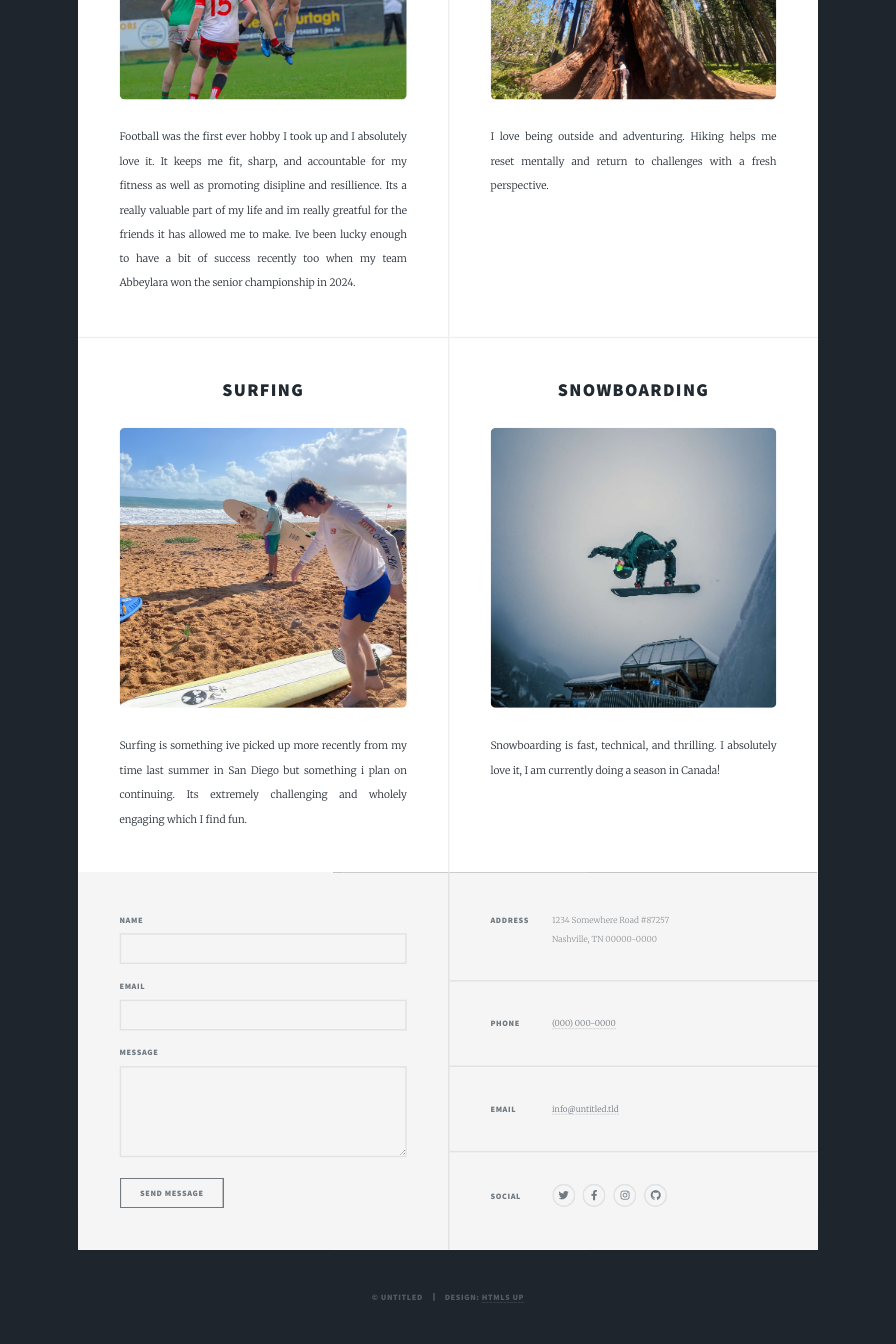
Repository: ciaranscan6/PersonalWebsite
Page: hobbies-and-ach.html
The author's editor kept a copy of each file at every save. The page is drawn from the files as they stood at one save, then again after the next save.
The browser window is 1280 px wide. The pictures show the part of the page from y = 2553 to 4473 px (the page is 4473 px tall), at 70% of full size.

Above is the page before, as saved 2025-11-22 05:28:42.

After the next save:
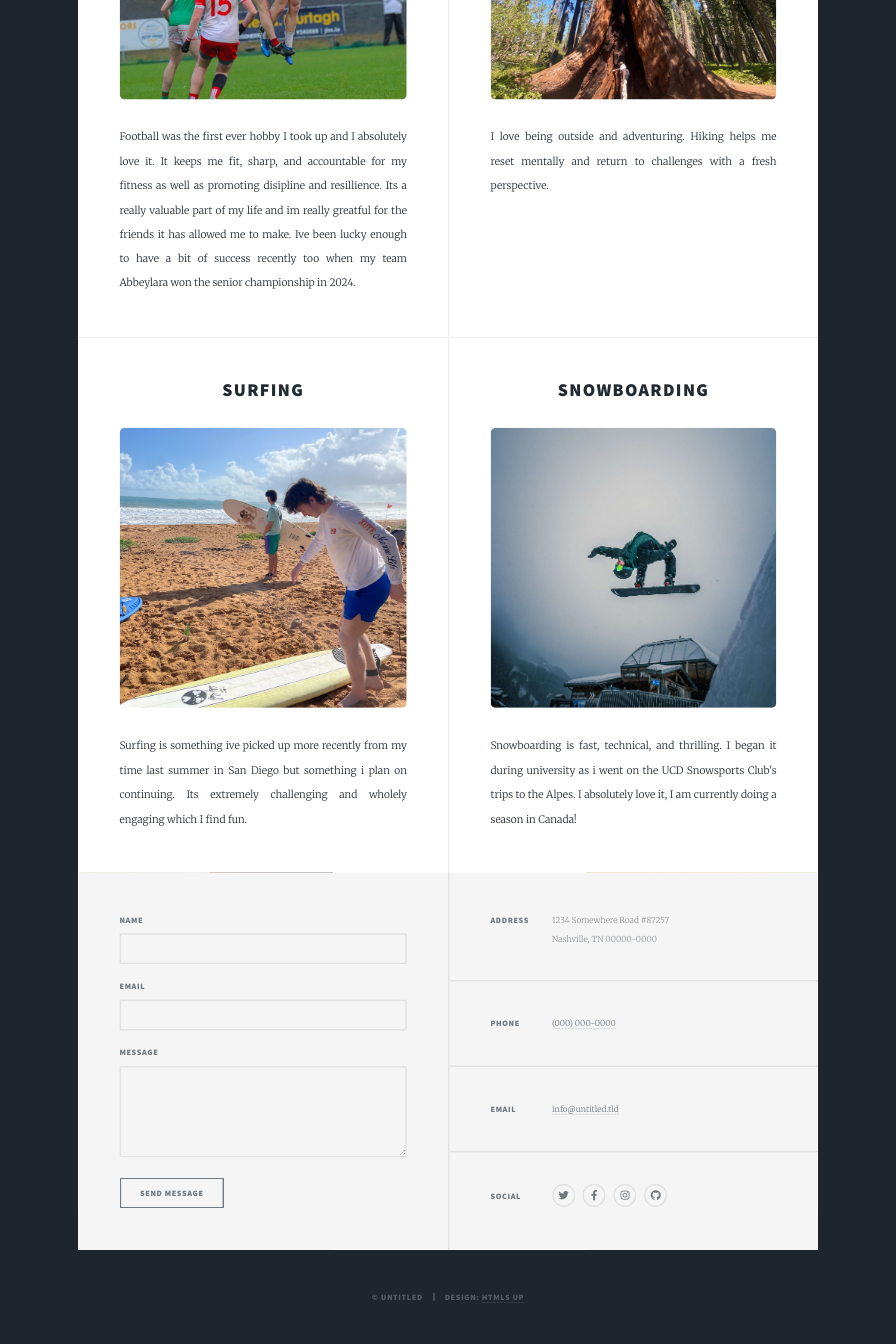
Saved 83 s later.
--- a/hobbies-and-ach.html
+++ b/hobbies-and-ach.html
@@ -172,7 +172,7 @@
 										</a>
 
 										<p>
-											Snowboarding is fast, technical, and thrilling. I absolutely love it, I am currently doing a season in Canada!
+											Snowboarding is fast, technical, and thrilling. I began it during university as i went on the UCD Snowsports Club's trips to the Alpes. I absolutely love it, I am currently doing a season in Canada!
 										</p>
 									</article>
 
